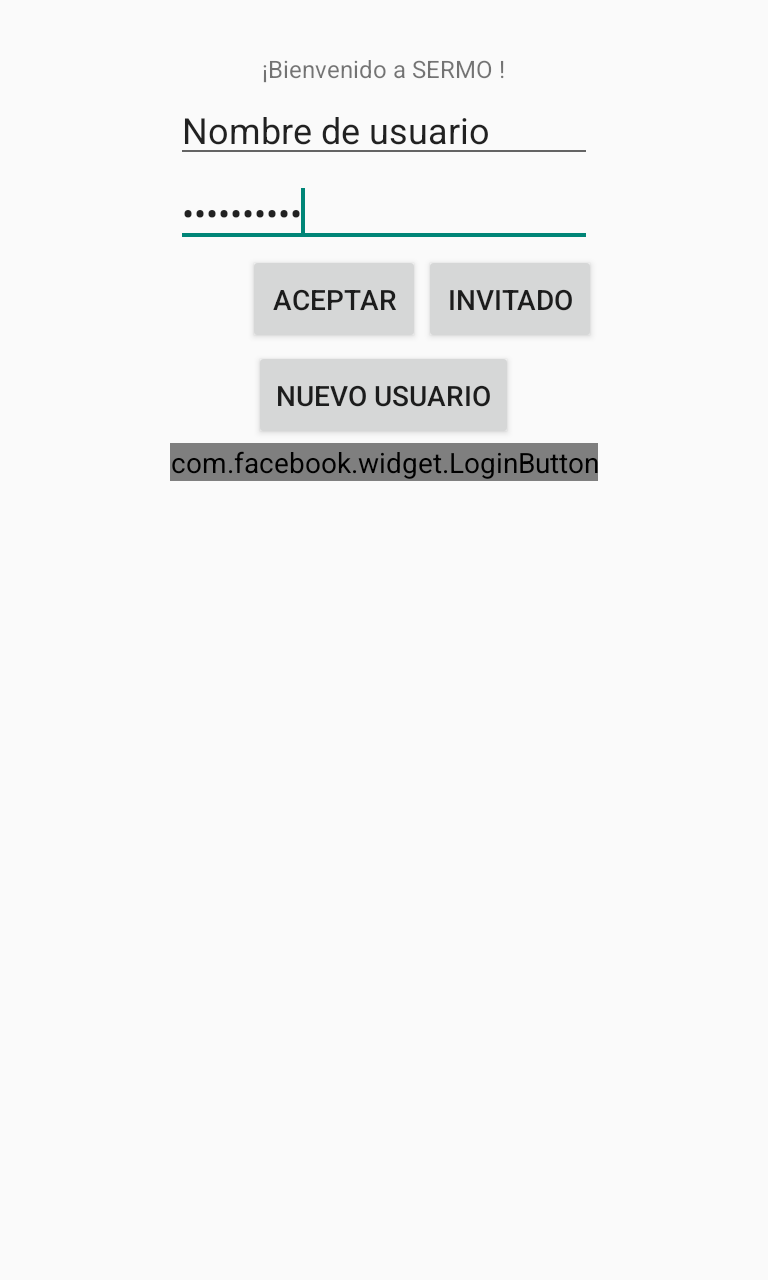
Repository: MVidi/juegos
Layout: SermoJuego/res/layout/pantallaprimera.xml
The author's editor kept a copy of each file at every save. The layout is drawn from the files as they stood at one save, then again after the next save.
Pictures or frames that could not be fetched are drawn as grey boxes. It is drawn on a 768 x 1280 px phone screen (xhdpi) without system bars, with theme AppTheme; the app's code is not run.

Above is the layout before, as saved 2014-08-11 16:13:32.

After the next save:
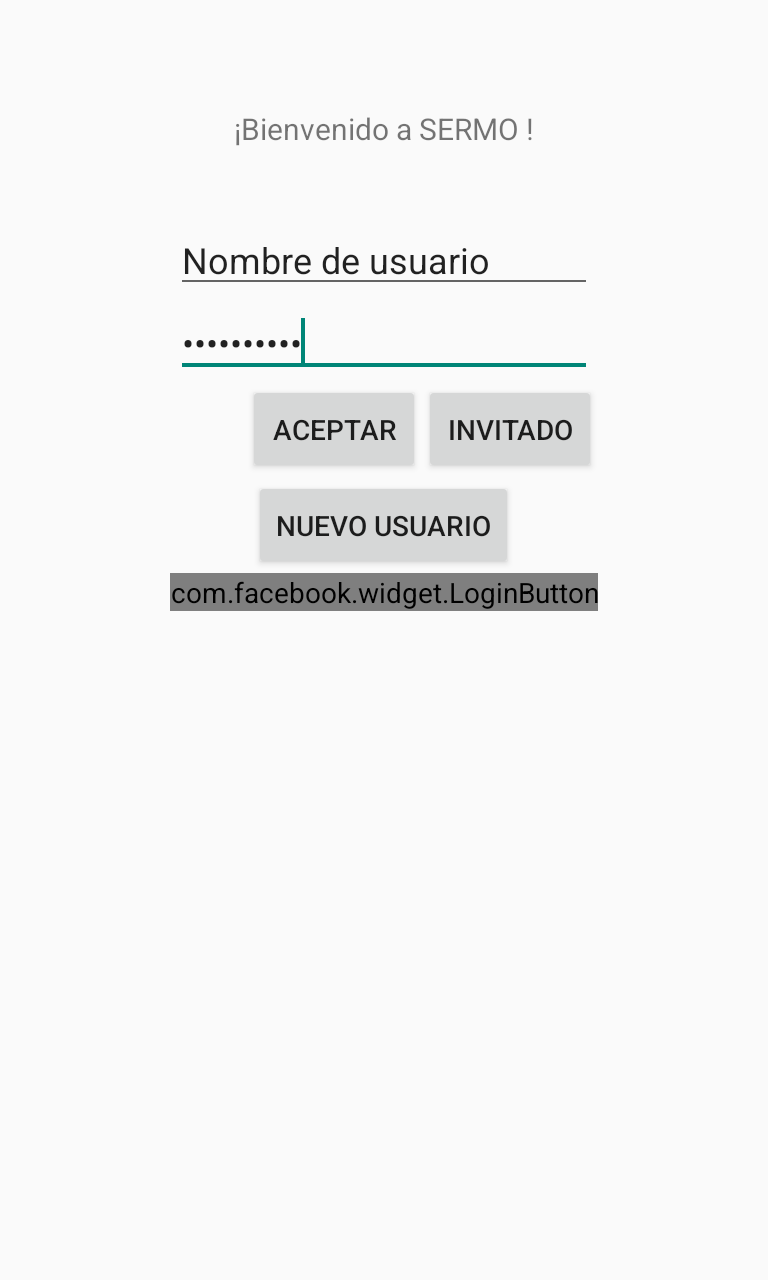
Saved 96 s later.
--- a/SermoJuego/res/layout/pantallaprimera.xml
+++ b/SermoJuego/res/layout/pantallaprimera.xml
@@ -25,17 +25,6 @@
         android:text="@string/Invitado" />
 
     <EditText
-        android:id="@+id/usuarioPI"
-        android:layout_width="wrap_content"
-        android:layout_height="wrap_content"
-        android:layout_alignRight="@+id/contrasenaPI"
-        android:layout_below="@+id/TituloPI"
-        android:ems="10"
-        android:inputType="textPersonName"
-        android:onClick="clicarUsuario"
-        android:text="@string/Usuario" />
-
-    <EditText
         android:id="@+id/contrasenaPI"
         android:layout_width="wrap_content"
         android:layout_height="wrap_content"
@@ -48,16 +37,6 @@
 
         <requestFocus />
     </EditText>
-
-    <TextView
-        android:id="@+id/TituloPI"
-        android:layout_width="wrap_content"
-        android:layout_height="wrap_content"
-        android:layout_alignParentTop="true"
-        android:layout_centerHorizontal="true"
-        android:layout_marginTop="26dp"
-        android:text="@string/juego"
-        android:textSize="12sp" />
 
     <Button
         android:id="@+id/nuevoUsuarioPI"
@@ -74,4 +53,26 @@
         android:layout_below="@+id/nuevoUsuarioPI"
         android:layout_centerHorizontal="true" />
 
+    <EditText
+        android:id="@+id/usuarioPI"
+        android:layout_width="wrap_content"
+        android:layout_height="wrap_content"
+        android:layout_alignRight="@+id/contrasenaPI"
+        android:layout_below="@+id/TituloPI"
+        android:layout_marginTop="33dp"
+        android:ems="10"
+        android:inputType="textPersonName"
+        android:onClick="clicarUsuario"
+        android:text="@string/Usuario" />
+
+    <TextView
+        android:id="@+id/TituloPI"
+        android:layout_width="wrap_content"
+        android:layout_height="wrap_content"
+        android:layout_alignParentTop="true"
+        android:layout_centerHorizontal="true"
+        android:layout_marginTop="54dp"
+        android:text="@string/juego"
+        android:textSize="15sp" />
+
 </RelativeLayout>
